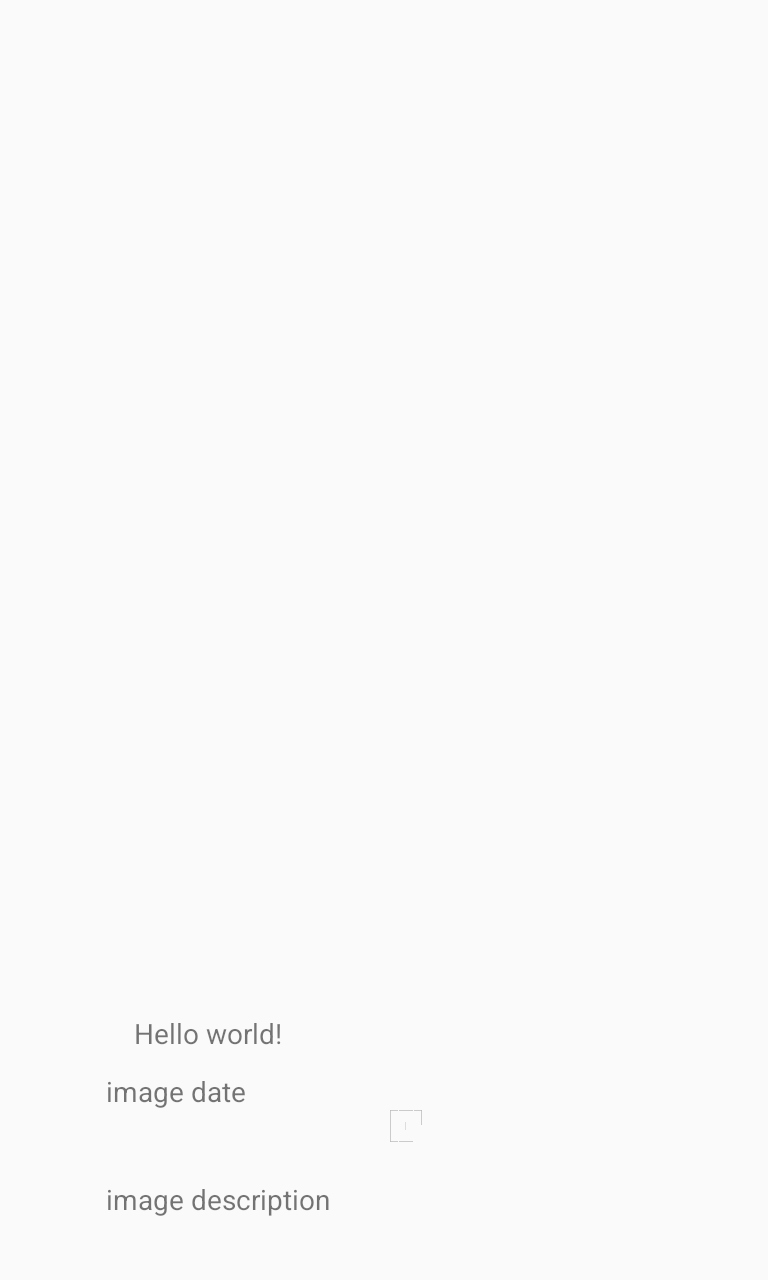
Repository: BaichaoLi/android
Layout: Nasa_E/res/layout/activity_main.xml
The author's editor kept a copy of each file at every save. The layout is drawn from the files as they stood at one save, then again after a run of saves.
It is drawn on a 768 x 1280 px phone screen (xhdpi) without system bars, with theme AppTheme; the app's code is not run.

Above is the layout before, as saved 2015-05-20 13:14:01.

After the next 2 saves:
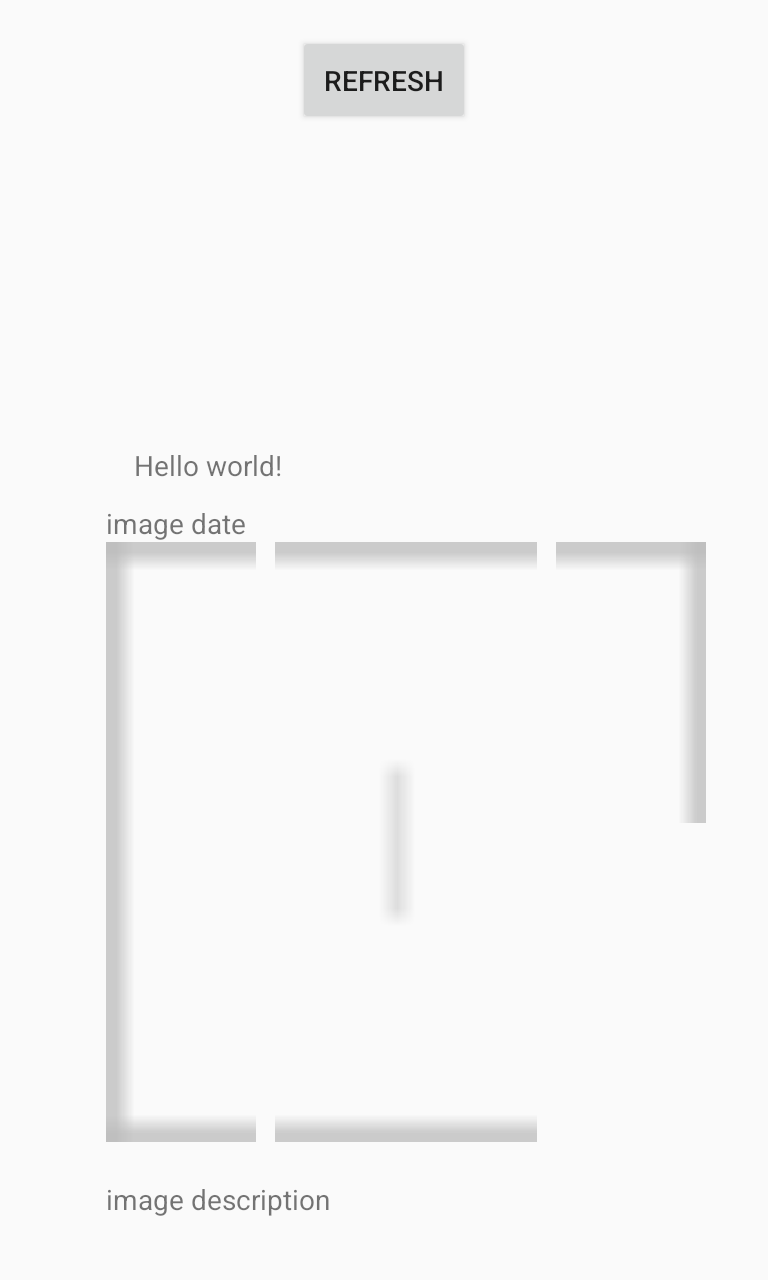
The 2 saves are shown as one change because 1 did not build or start.
The last was saved 14 h 19 min later.
--- a/Nasa_E/res/layout/activity_main.xml
+++ b/Nasa_E/res/layout/activity_main.xml
@@ -52,6 +52,7 @@
 	            android:id="@+id/imageView1"
 	            android:layout_height="wrap_content"
 	            android:layout_width="300dp"
+	            android:adjustViewBounds="true"
 	            android:layout_alignBottom="@+id/scrollView1"
 	            android:layout_alignRight="@+id/iamgeDescription"
 	            android:layout_weight="2.33"
@@ -68,4 +69,19 @@
 	            android:text="image description" />
 	    </LinearLayout>
     </ScrollView>
+    <LinearLayout
+        android:orientation="horizontal"
+        android:layout_width="fill_parent"
+        android:layout_height="wrap_content"
+        android:gravity="center"
+        >
+	    <Button
+	        android:text="@string/refresh"
+	        android:layout_width="wrap_content"
+	        android:layout_height="wrap_content">
+
+
+	    </Button>
+
+    </LinearLayout>
 </RelativeLayout>
